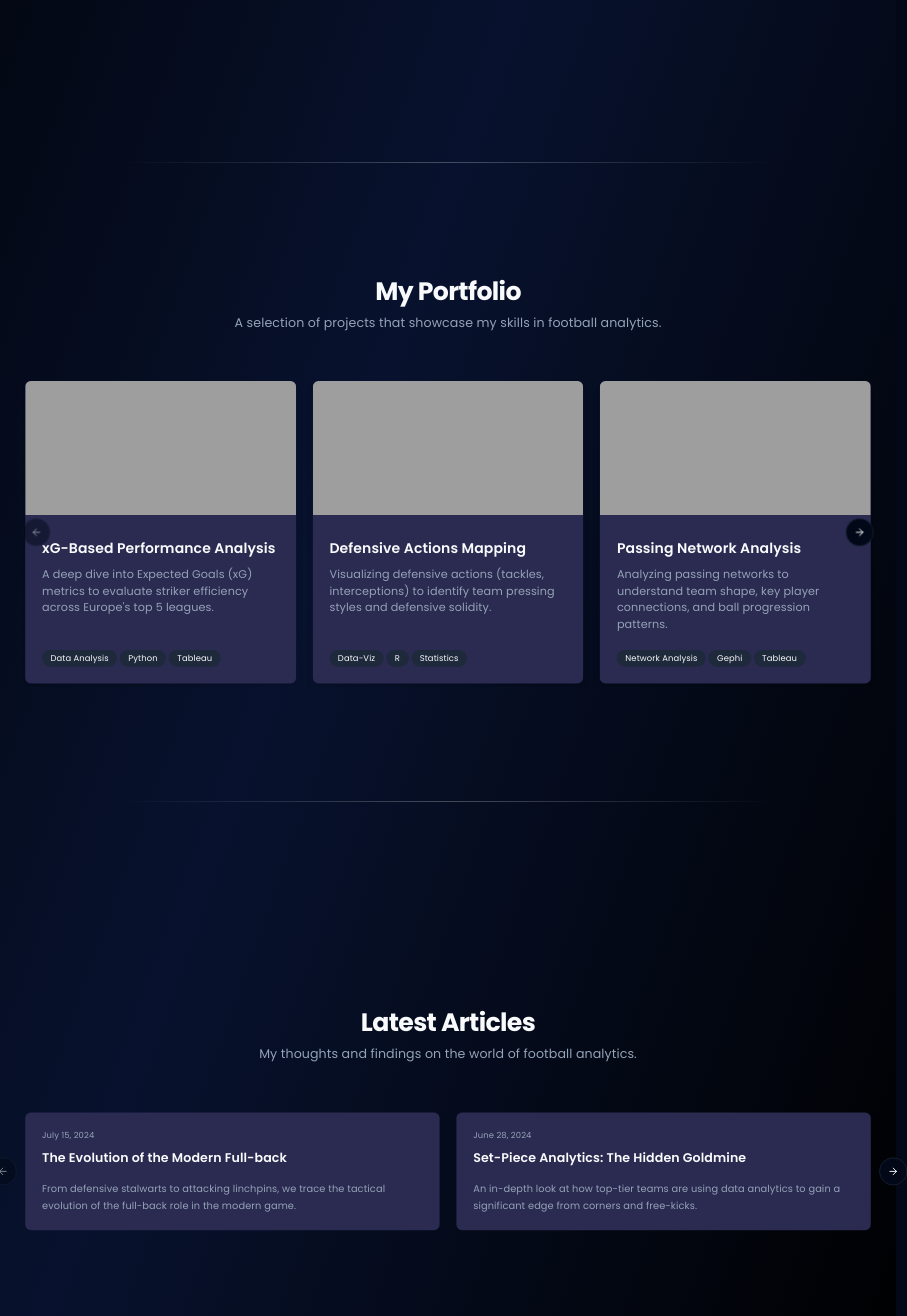
Repository: patrick-cw/my-portfolio
Page: /
The author's editor kept a copy of each file at every save. The page is drawn from the files as they stood at one save, then again after the next save.
The browser window is 1280 px wide. The page is 1296 px wide, so the pictures cover 1296 px, including what lies to the right of the window. The pictures show the part of the page from y = 1498 to 3378 px (the page is 3545 px tall), at 70% of full size.
Pictures or frames that could not be fetched are drawn as grey boxes. The project was rebuilt for these pictures with package versions that can differ from the ones it lists, and the page was loaded fresh each time. The framework's server and built-in components were replaced by stand-ins that run in the browser. Also part of the build but not shown: next.config.ts.

Above is the page before, as saved 2025-08-31 02:55:17.

After the next save:
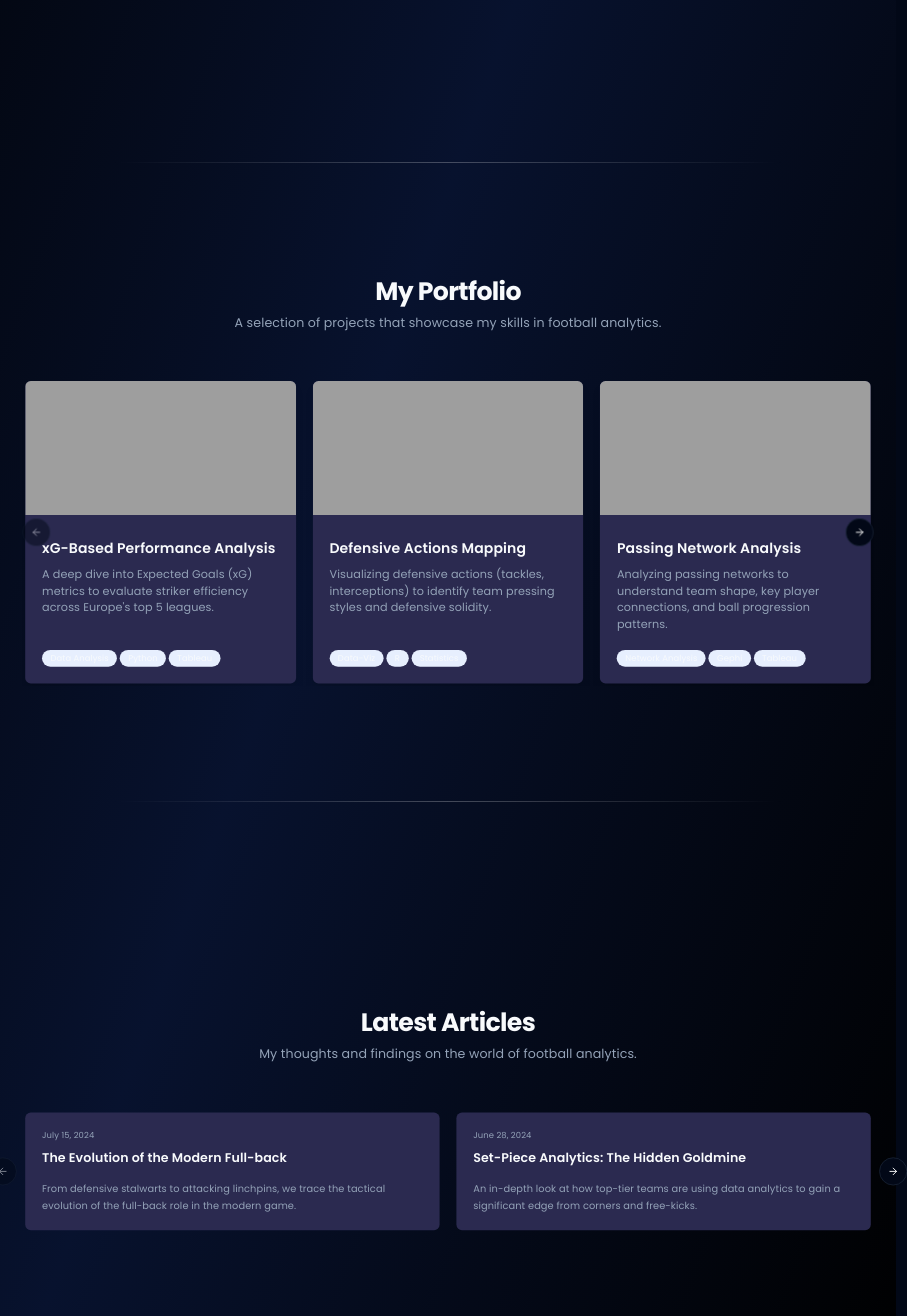
Saved 16 min 46 s later.
--- a/src/app/globals.css
+++ b/src/app/globals.css
@@ -49,7 +49,7 @@
     --popover-foreground: 210 40% 98%;
     --primary: 217.2 49.73% 44.9%;
     --primary-foreground: 210 40% 98%;
-    --secondary: 217.2 32.6% 17.5%;
+    --secondary: 217.2 91.2% 95%;
     --secondary-foreground: 210 40% 98%;
     --muted: 217.2 32.6% 17.5%;
     --muted-foreground: 215 20.2% 65.1%;

After the save that followed:
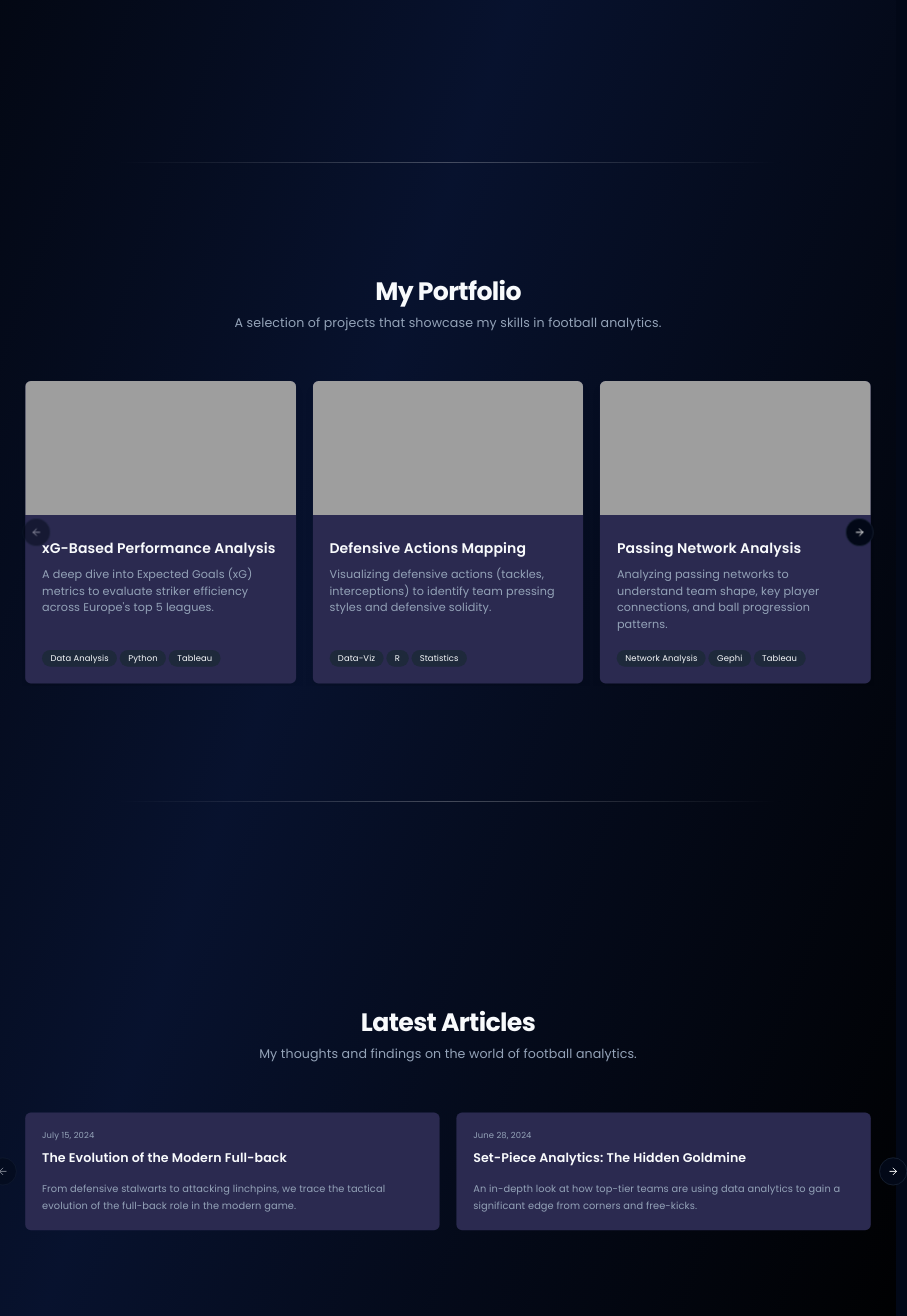
Saved 11 s later.
--- a/src/app/globals.css
+++ b/src/app/globals.css
@@ -49,7 +49,7 @@
     --popover-foreground: 210 40% 98%;
     --primary: 217.2 49.73% 44.9%;
     --primary-foreground: 210 40% 98%;
-    --secondary: 217.2 91.2% 95%;
+    --secondary: 217.2 32.6% 17.5%;
     --secondary-foreground: 210 40% 98%;
     --muted: 217.2 32.6% 17.5%;
     --muted-foreground: 215 20.2% 65.1%;
